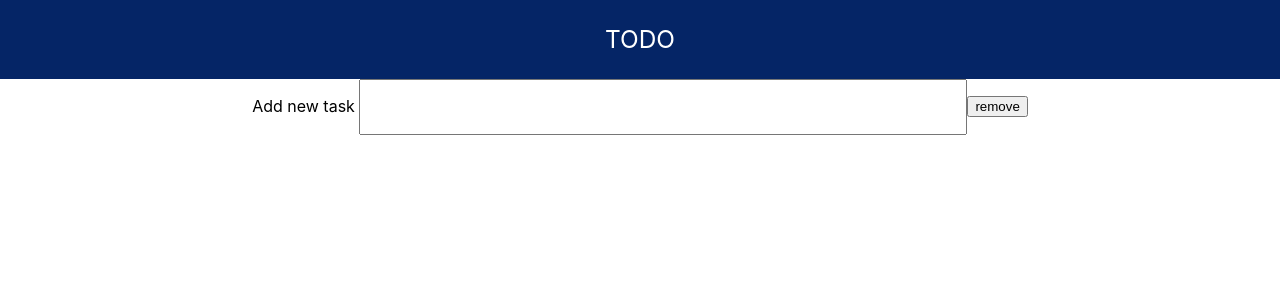
Repository: Shams97/Todo-app
Page: /
An editor plug-in stored every save of this project. The page is shown before and after the next save, followed by the edit.
The browser window is 1280 px wide. The pictures show the whole page.
The project was rebuilt for these pictures with package versions that can differ from the ones it lists, and the page was loaded fresh each time.

Above is the page before, as saved 2021-06-26 20:29:12.

### src/App.js
import logo from './logo.svg';
import './App.css';

function App() {
  return (
    <div className="App">
      <header className="App-header">
            <p> TODO </p>
      </header>
        <div className="container">
          <label>Add new task </label> <input className="task_input"/>
          <button>remove</button>
        </div>
    </div>
  );
}

export default App;

### src/App.css
.App {
  text-align: center;
}

.App-logo {
  height: 40vmin;
  pointer-events: none;
}
.task_input {
  width:600px;
  height:50px;
}

@media (prefers-reduced-motion: no-preference) {
  .App-logo {
    animation: App-logo-spin infinite 20s linear;
  }
}

.App-header {
  background-color: #052566;
  min-height: 10vh;

  display: flex;
  flex-direction: column;
  align-items: center;
  justify-content: center;
  font-size: calc(10px + 2vmin);
  color: white;
}


@keyframes App-logo-spin {
  from {
    transform: rotate(0deg);
  }
  to {
    transform: rotate(360deg);
  }
}

Loaded but not shown: public/index.html (common file); src/index.js (common file); src/index.css (common file); src/reportWebVitals.js (common file)

After the next save:
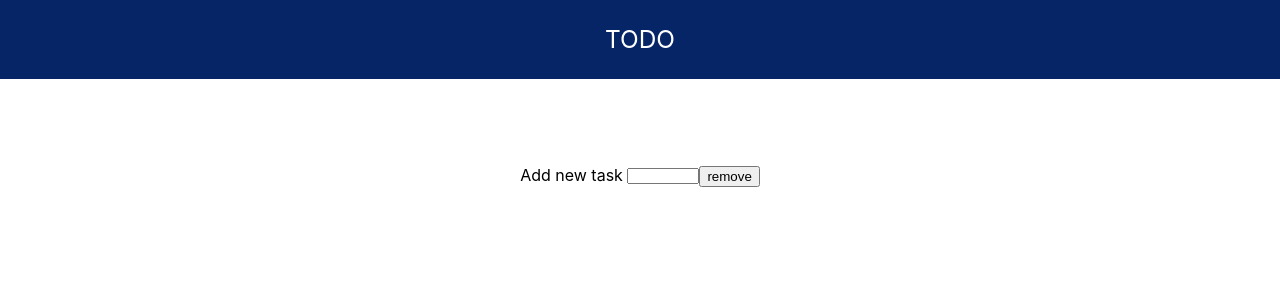
Saved 77 s later.
--- a/src/App.css
+++ b/src/App.css
@@ -7,8 +7,9 @@
   pointer-events: none;
 }
 .task_input {
-  width:600px;
-  height:50px;
+  margin:7% 0%;
+  width:4rem;
+  height:0.625rem;
 }
 
 @media (prefers-reduced-motion: no-preference) {
